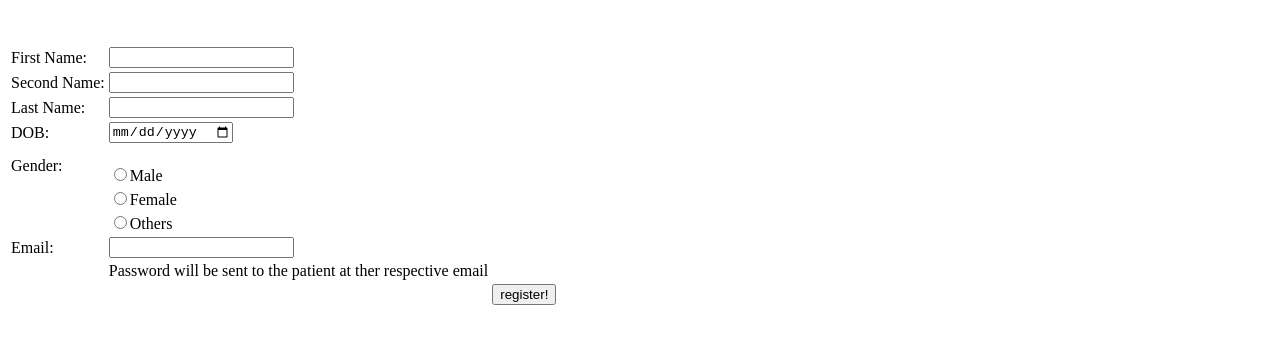
Repository: Asad0786/Learning-Java
Page: http://localhost/HMS/WEB-INF/patient_view/create.jsp
The author's editor kept a copy of each file at every save. The page is drawn from the files as they stood at one save, then again after the next save.
The browser window is 1280 px wide. The pictures show the whole page.
The page is served by Tomcat 9. Nobody is signed in. Other server files are loaded and not shown. The template is opened directly, without the code that normally fills it, so the values that code supplies are empty.

Above is the page before, as saved 2023-05-12 16:55:23.

### HMS/src/main/webapp/WEB-INF/patient_view/create.jsp
<%@ page language="java" contentType="text/html; charset=ISO-8859-1"
	pageEncoding="ISO-8859-1"%>
<!DOCTYPE html>
<html>
<head>
<meta charset="ISO-8859-1">
<title></title>
</head>
<body>
	<form action="createPatient" method="post">
		<table>
			<tr>
				<td>First Name:</td>
				<td><input type="text" name="patientFirstName"></td>
			</tr>
			<tr>
				<td>Second Name:</td>
				<td><input type="text" name="patientSecondName"></td>
			</tr>
			<tr>
				<td>Last Name:</td>
				<td><input type="text" name="patientLastName"></td>
			</tr>
			<tr>
				<td>DOB:</td>
				<td><input type="date" name="patientDOB"></td>
			</tr>
			<tr>
				<td>Gender:</td>
				<td><br>
				<input type="radio" name="patientGender">Male</td>
			</tr>
			<tr>
				<td></td>
				<td>
				<input type="radio" name="patientGender">Female</td>
			</tr>
			<tr>
				<td></td>
				<td>
				<input type="radio" name="patientGender">Others</td>
			</tr>
			<tr>
				<td>Email:</td>
				<td><input type="email" name="patientEmail"></td>
			</tr>
			<tr>
				<td></td>
				<td>Password will be sent to the patient at ther respective email</td>
			</tr>

			<tr>
				<td></td>
				<td></td><br><br>
				<td><input type="submit" value="register!"></td>
			</tr>
		</table>
	</form>

</body>
</html>

After the next save:
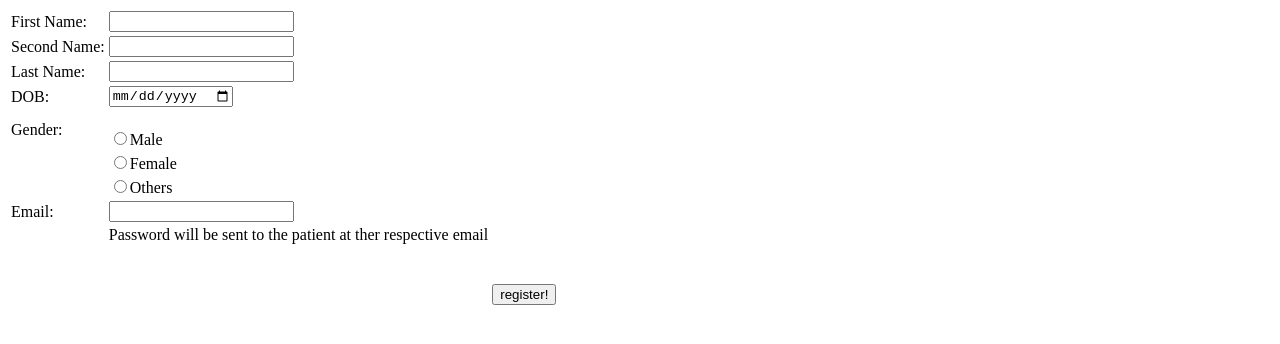
Saved 14 s later.
--- a/HMS/src/main/webapp/WEB-INF/patient_view/create.jsp
+++ b/HMS/src/main/webapp/WEB-INF/patient_view/create.jsp
@@ -51,8 +51,8 @@
 
 			<tr>
 				<td></td>
-				<td></td><br><br>
-				<td><input type="submit" value="register!"></td>
+				<td></td>
+				<td><br><br><input type="submit" value="register!"></td>
 			</tr>
 		</table>
 	</form>
